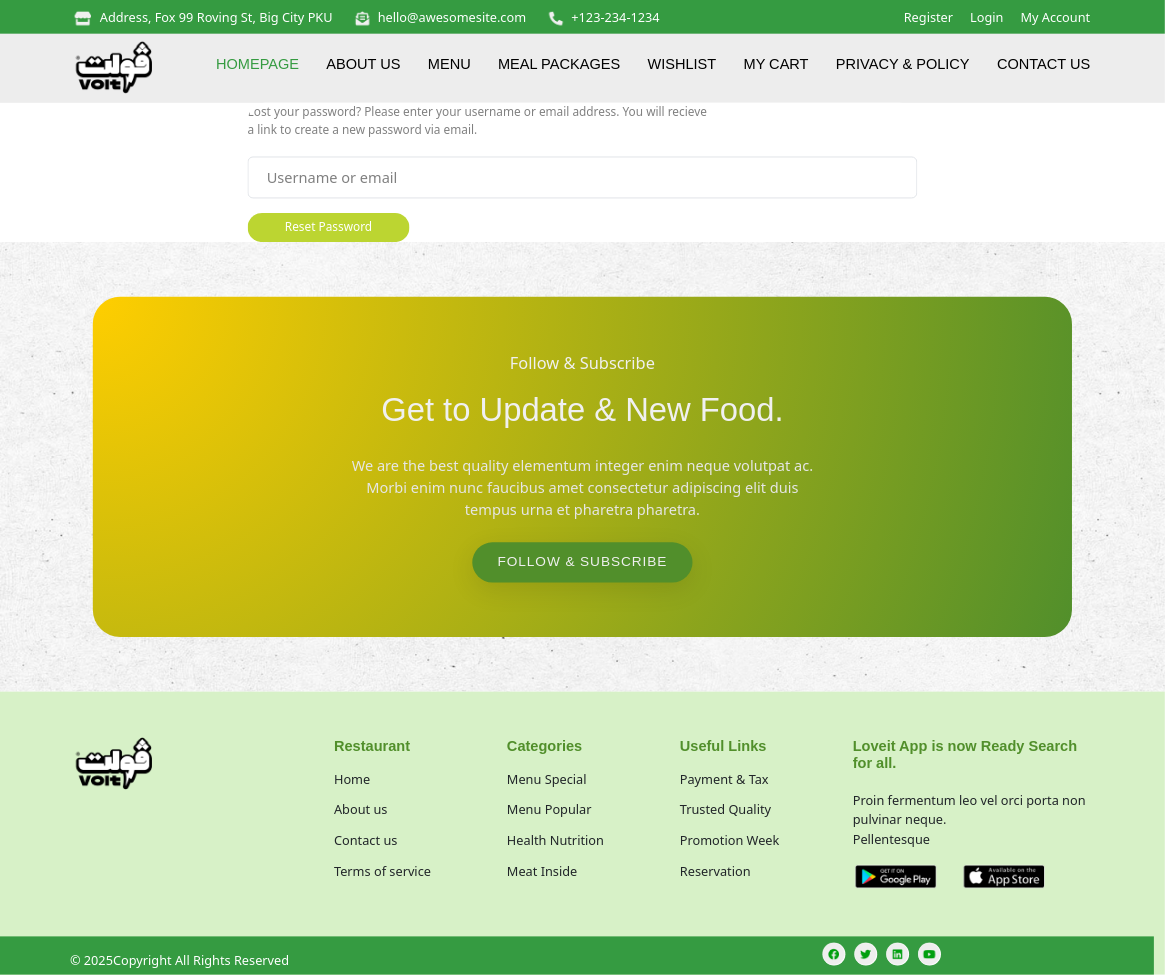
Repository: junivig/volt-new-project
Page: forgot-password.html
The author's editor kept a copy of each file at every save. The page is drawn from the files as they stood at one save, then again after the next save.
The browser window is 1280 px wide. The pictures show the whole page, at 91% of full size.

Above is the page before, as saved 2025-02-12 14:18:43.

After the next save:
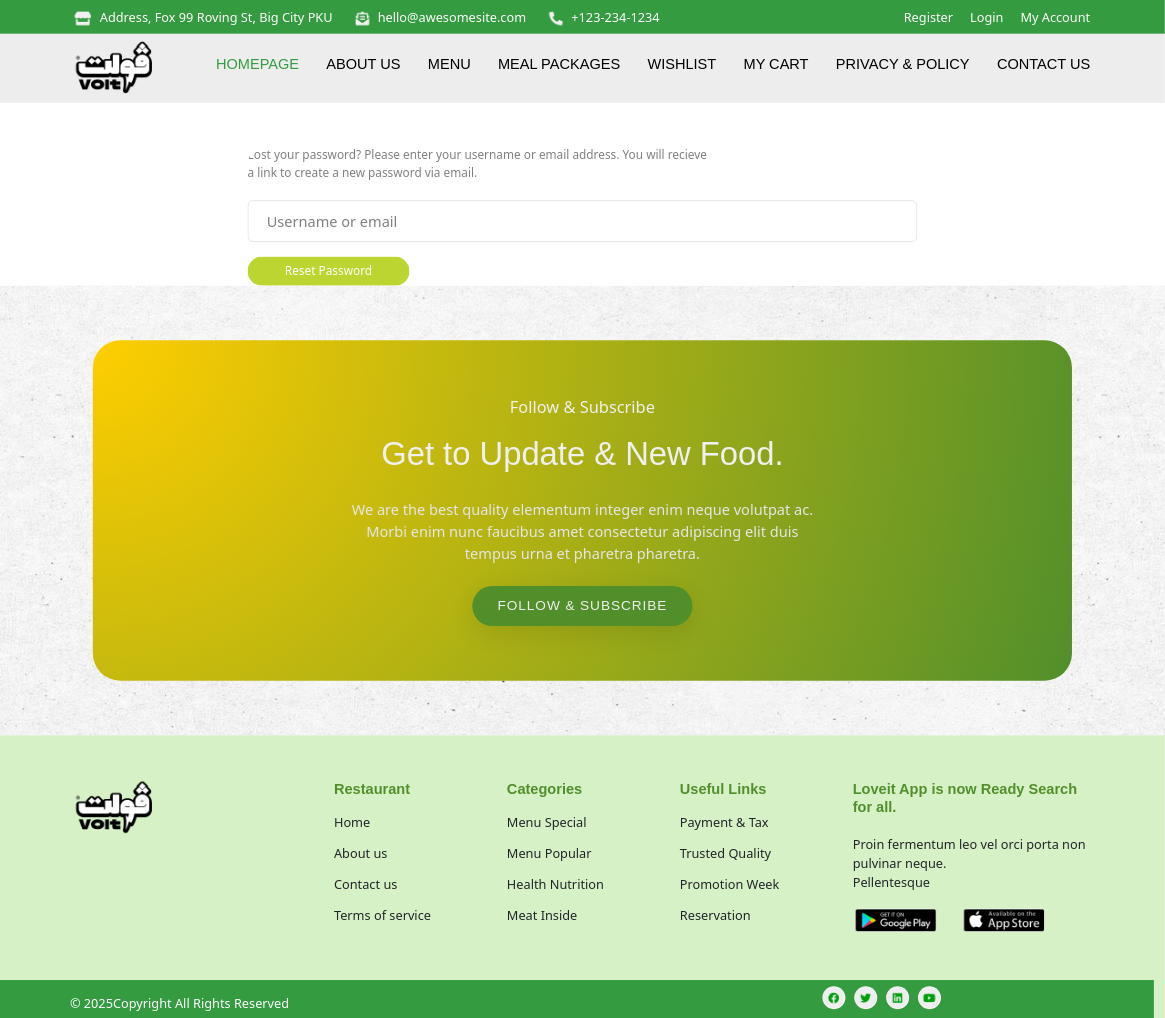
Saved 34 s later.
--- a/forgot-password.html
+++ b/forgot-password.html
@@ -123,12 +123,12 @@
 
         </div>
       </header>
-    <div class="container">
+    <div class="container mt-5">
         <div class="row justify-content-center">
             <div class="col-md-8">
                 <div class="card">
                             <form>
-                                <p class="privacy-text">Lost your password? Please enter your username or email address.
+                                <p class="privacy-text"> Lost your password? Please enter your username or email address.
                                      You will recieve <br/> a link to create a new password via email.</p>
                                 <div class="mb-3">
                                     <input type="email" class="form-control" id="register-email" placeholder="Username or email">
